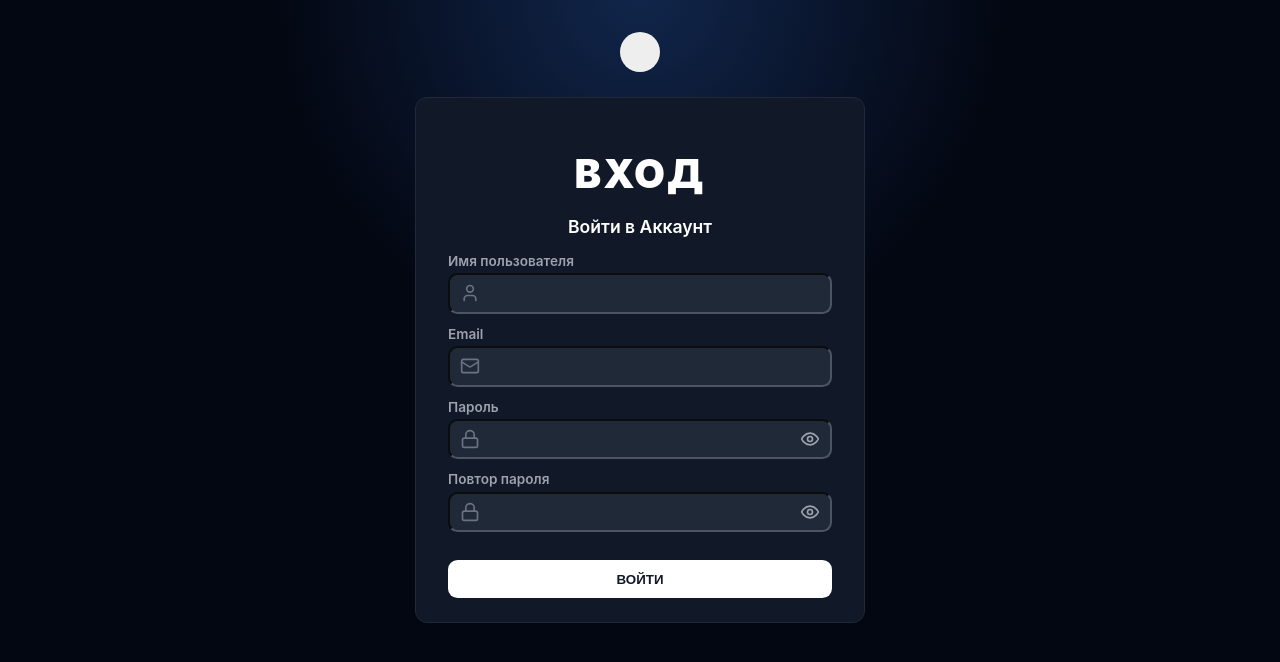
Repository: Kirillzu86/chocoipai
Page: /register (app in frontend/)
An editor plug-in stored every save of this project. The page is shown before and after the next save, followed by the edit.
The browser window is 1280 px wide. The pictures show the whole page.
The page's requests for data from a server got no answer. The project was rebuilt for these pictures with package versions that can differ from the ones it lists, and the page was loaded fresh each time. No one was signed in, and anything a server would have sent is missing. Also part of the build but not shown: frontend/vite.config.ts, frontend/src/components/Header/StyleHeader.css, frontend/src/components/Header/Header.tsx, frontend/src/components/Sidebar/StyleSidebar.css, frontend/src/components/Sidebar/sidebar.tsx, frontend/src/components/HomePage/StyleHomePage.css, frontend/src/components/HomePage/Homepage.tsx, frontend/src/components/LogPage/LogPage.tsx.

Above is the page before, as saved 2025-12-18 14:03:49.

After the next save:
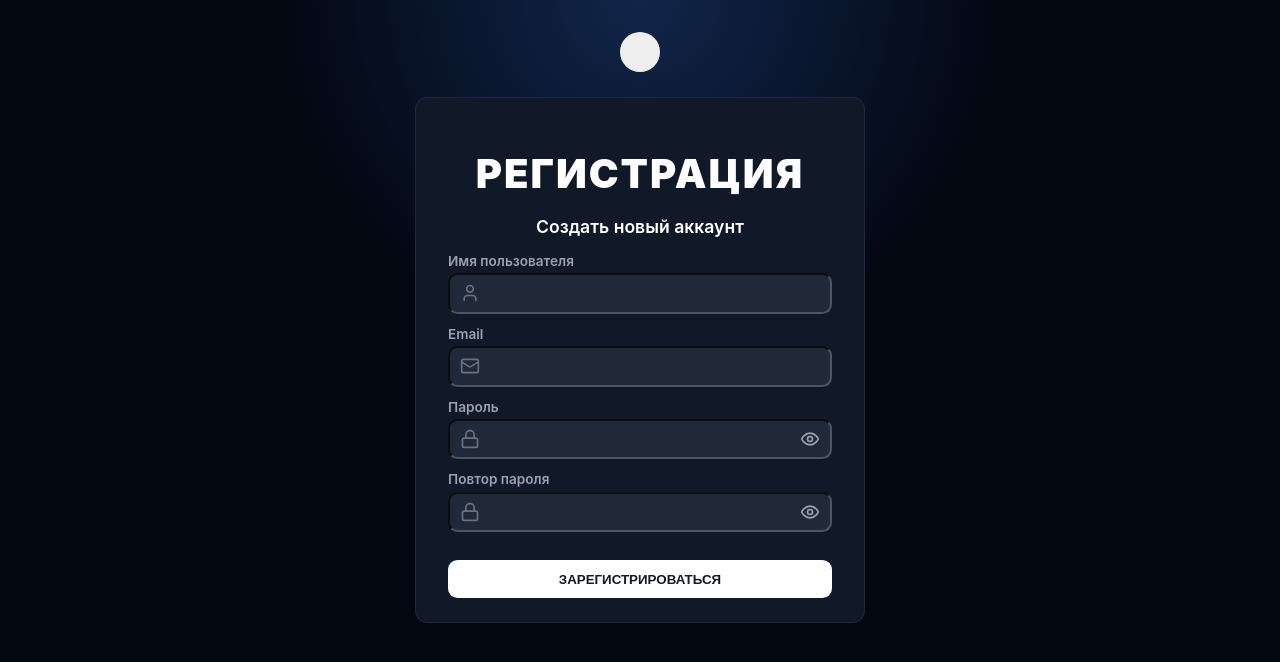
Saved 4 min 56 s later.
--- a/frontend/src/components/RegPage/RegPage.tsx
+++ b/frontend/src/components/RegPage/RegPage.tsx
@@ -66,11 +66,15 @@ function RegPage() {
             setMessage({ text: 'Заполните все поля', type: 'error' });
             return;
         }
+        if (password.length < 6) {
+            setMessage({ text: 'Пароль должен быть не менее 6 символов', type: 'error' });
+            return;
+        }
         if (password !== confirmPassword) {
             setMessage({ text: 'Пароли не совпадают', type: 'error' });
             return;
         }
-        setMessage({ text: `Добро пожаловать, ${username}!`, type: 'success' });
+        setMessage({ text: `Аккаунт успешно создан для ${username}!`, type: 'success' });
     };
 
     const renderInputField = (label: string, type: string, name: keyof typeof formData, Icon: React.FC<IconProps>, isPass = false, visible = false, toggle = () => {}) => {
@@ -116,8 +120,8 @@ function RegPage() {
                 color: isDarkTheme ? 'white' : '#111827',
                 borderColor: isDarkTheme ? '#1f2937' : '#eab308'
             }}>
-                <h1 className="brand-title">Вход</h1>
-                <p className="form-subtitle">Войти в Аккаунт</p>
+                <h1 className="brand-title">Регистрация</h1>
+                <p className="form-subtitle">Создать новый аккаунт</p>
 
                 {message.text && (
                     <div className={`alert-box ${message.type === 'success' ? 'alert-success' : 'alert-error'}`}>
@@ -131,7 +135,7 @@ function RegPage() {
                     {renderInputField('Email', 'email', 'email', Icons.Mail)}
                     {renderInputField('Пароль', 'password', 'password', Icons.Lock, true, isPasswordVisible, () => setIsPasswordVisible(!isPasswordVisible))}
                     {renderInputField('Повтор пароля', 'password', 'confirmPassword', Icons.Lock, true, isConfirmPasswordVisible, () => setIsConfirmPasswordVisible(!isConfirmPasswordVisible))}
-                    <button type="submit" className="submit-btn" style={{ backgroundColor: isDarkTheme ? 'white' : '#111827', color: isDarkTheme ? '#111827' : 'white' }}>Войти</button>
+                    <button type="submit" className="submit-btn" style={{ backgroundColor: isDarkTheme ? 'white' : '#111827', color: isDarkTheme ? '#111827' : 'white' }}>Зарегистрироваться</button>
                 </form>
             </div>
         </div>
